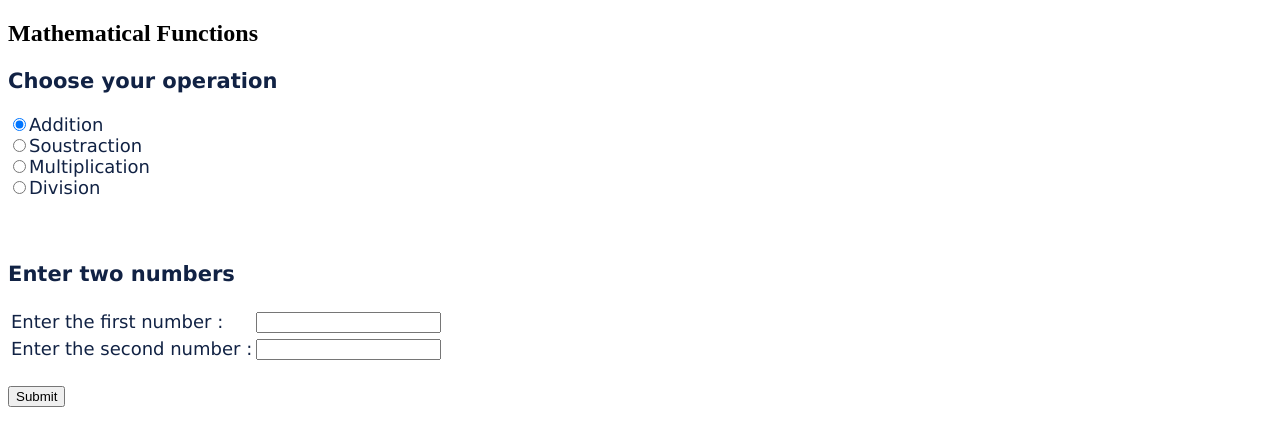
Repository: lemzoo/Formation_JEE
Page: TP_05__JSP_Servlet/src/main/webapp/AcceptInput.html
The author's editor kept a copy of each file at every save. The page is drawn from the files as they stood at one save, then again after the next save.
The browser window is 1280 px wide. The pictures show the whole page.

Above is the page before, as saved 2016-06-21 10:19:54.

### TP_05__JSP_Servlet/src/main/webapp/AcceptInput.html
<!DOCTYPE html>
<html>
<head>
	<title>Accept Input HTML</title>
</head>
<body>
	<h2>Mathematical Functions</h2>
	<font size="4" face="verdana" color="#112244"/>
	<form method="POST" action="calcul">
		<h3>Choose your operation</h3>
		<input type="radio" name="operation" value="add" checked="false">Addition</br>
		<input type="radio" name="operation" value="sub">Soustraction</br>
		<input type="radio" name="operation" value="mil">Multiplication</br>
		<input type="radio" name="operation" value="div">Division</br>
		<br><br>
		<h3>Enter two numbers</h3>
		<table>
			<tr>
				<td>
					<label>Enter the first number : </label>
				</td>
				<td>
					<input type="number" name="operand1" value="">
				</td>
			</tr>

			<tr>
				<td>
					<label>Enter the second number : </label>
				</td>
				<td>
					<input type="number" name ="operand2" value="">
				</td>
			</tr>
		</table>
		<br>
        <input type="Submit" name="valider">
	</form>
</body>
</html>

After the next save:
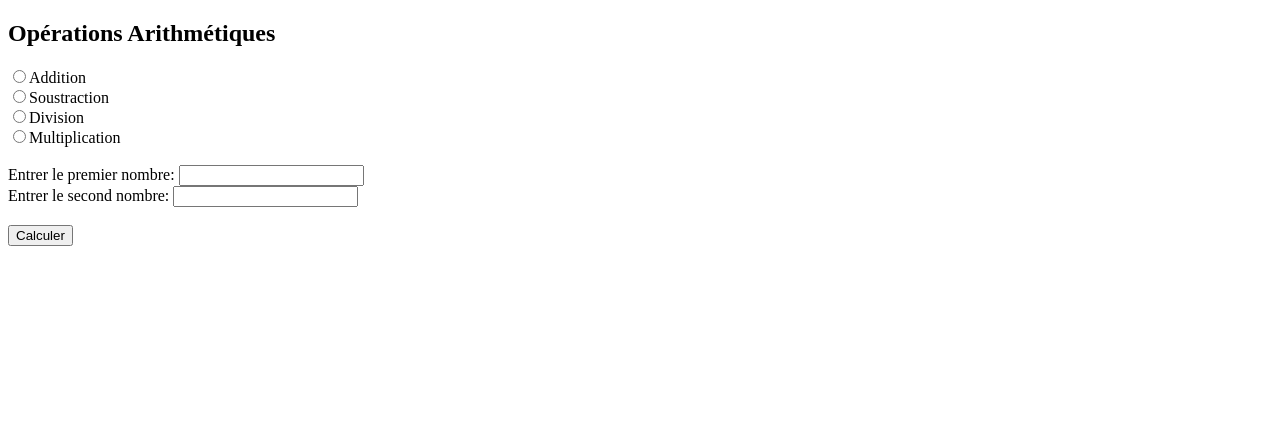
Saved 53 s later.
--- a/TP_05__JSP_Servlet/src/main/webapp/AcceptInput.html
+++ b/TP_05__JSP_Servlet/src/main/webapp/AcceptInput.html
@@ -4,37 +4,19 @@
 	<title>Accept Input HTML</title>
 </head>
 <body>
-	<h2>Mathematical Functions</h2>
-	<font size="4" face="verdana" color="#112244"/>
-	<form method="POST" action="calcul">
-		<h3>Choose your operation</h3>
-		<input type="radio" name="operation" value="add" checked="false">Addition</br>
-		<input type="radio" name="operation" value="sub">Soustraction</br>
-		<input type="radio" name="operation" value="mil">Multiplication</br>
-		<input type="radio" name="operation" value="div">Division</br>
-		<br><br>
-		<h3>Enter two numbers</h3>
-		<table>
-			<tr>
-				<td>
-					<label>Enter the first number : </label>
-				</td>
-				<td>
-					<input type="number" name="operand1" value="">
-				</td>
-			</tr>
+	<h2>Opérations Arithmétiques</h2>
 
-			<tr>
-				<td>
-					<label>Enter the second number : </label>
-				</td>
-				<td>
-					<input type="number" name ="operand2" value="">
-				</td>
-			</tr>
-		</table>
-		<br>
-        <input type="Submit" name="valider">
-	</form>
+		<form method="post" action="calcul">
+			<input type="radio" name="op" value="add">Addition <br>
+			<input type="radio" name="op" value="sub">Soustraction<br>
+			<input type="radio" name="op" value="div">Division<br>
+			<input type="radio" name="op" value="mul">Multiplication<br>
+			<br>
+			Entrer le premier nombre: <input type="text" name="num1" value=""> <br>
+			Entrer le second  nombre: <input type="text" name="num2" value=""> <br>
+			<br>
+			<input type="Submit" value="Calculer">
+		</form>
+
 </body>
 </html>
